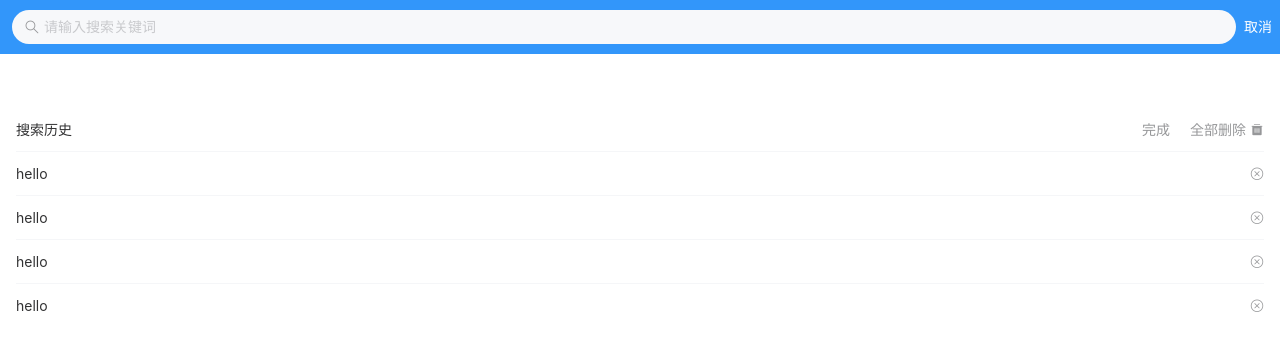
Repository: Tsukiau/yj-toutiao-m
Page: /#/search
The author's editor kept a copy of each file at every save. The page is drawn from the files as they stood at one save, then again after the next save.
The browser window is 1280 px wide. The pictures show the whole page.
The project was rebuilt for these pictures with package versions that can differ from the ones it lists, and the page was loaded fresh each time. Also part of the build but not shown: vue.config.js, src/api/search.js, src/views/search/components/search-result.vue, src/views/search/components/search-suggestion.vue.

Above is the page before, as saved 2022-11-09 20:26:43.

### public/index.html
<!DOCTYPE html>
<html lang="">
  <head>
    <meta charset="utf-8">
    <meta http-equiv="X-UA-Compatible" content="IE=edge">
    <meta name="viewport" content="width=device-width,initial-scale=1.0">
    <link rel="icon" href="<%= BASE_URL %>favicon.ico">
    <title><%= htmlWebpackPlugin.options.title %></title>
    <meta name="referrer" content="no-referrer" />
  </head>
  <body>
    <noscript>
      <strong>We're sorry but <%= htmlWebpackPlugin.options.title %> doesn't work properly without JavaScript enabled. Please enable it to continue.</strong>
    </noscript>
    <div id="app"></div>
    <!-- built files will be auto injected -->
  </body>
</html>

### src/main.js
import Vue from 'vue'
import App from './App.vue'
import router from './router'
import store from './store'

import Vant from 'vant'
import 'vant/lib/index.css'
import 'amfe-flexible'

// 导入全局的样式文件
import './css/index.css'
Vue.use(Vant)

import '@/utils/moment'

Vue.config.productionTip = false

new Vue({
  router,
  store,
  render: h => h(App)
}).$mount('#app')

### src/App.vue
<template>
  <div id="app">
    <router-view></router-view>
  </div>
</template>

<style lang="less">
</style>

### src/router/index.js
import Vue from 'vue'
import VueRouter from 'vue-router'
import store from '@/store'
Vue.use(VueRouter)

const routes = [
  {
    path: '/login',
    name: 'login',
    component: () => import('@/views/login')
  },
  {
    path: '/',
    component: () => import('@/views/layout'),
    children: [
      {
        path: '/',
        name: 'home',
        component: () => import('@/views/home')
      },
      {
        path: '/my',
        name: 'my',
        component: () => import('@/views/my')
      },
      {
        path: '/ask',
        name: 'ask',
        component: () => import('@/views/ask')
      },
      {
        path: '/video',
        name: 'video',
        component: () => import('@/views/video')
      }
    ]
  },
  {
    path: '/search',
    name: 'search',
    component: () => import('@/views/search')
  }

]

const router = new VueRouter({
  routes
})

/*前置守卫 */
/*  router.beforeEach((to, from, next) => {
   if(store.state.user.token){
      next()
   }else {
      if(to.path === '/login'){
        next()
        return
      }
      next('/login')
   }
})   */



export default router

### src/store/index.js
import Vue from 'vue'
import Vuex from 'vuex'

import user from './modules/user'
Vue.use(Vuex)

export default new Vuex.Store({
   modules: {
     user
   }

})

### src/css/index.css
@font-face {
  font-family: "iconfont";
  /* Project id 3671134 */
  src: url('//at.alicdn.com/t/c/font_3671134_2emfzv8sq1v.woff2?t=1664107686856') format('woff2'), url('//at.alicdn.com/t/c/font_3671134_2emfzv8sq1v.woff?t=1664107686856') format('woff'), url('//at.alicdn.com/t/c/font_3671134_2emfzv8sq1v.ttf?t=1664107686856') format('truetype');
}
.iconfont {
  font-family: "iconfont" !important;
  font-size: 16px;
  font-style: normal;
  -webkit-font-smoothing: antialiased;
  -moz-osx-font-smoothing: grayscale;
}
.icon-fenxiang:before {
  content: "\e60a";
}
.icon-zuopin:before {
  content: "\e60b";
}
.icon-pinglun1:before {
  content: "\e60c";
}
.icon-guanbi:before {
  content: "\e60d";
}
.icon-gengduo:before {
  content: "\e60e";
}
.icon-shanchu:before {
  content: "\e60f";
}
.icon-shouye1:before {
  content: "\e610";
}
.icon-shoucang:before {
  content: "\e611";
}
.icon-shouji1:before {
  content: "\e612";
}
.icon-zuojiantou:before {
  content: "\e613";
}
.icon-sousuo:before {
  content: "\e614";
}
.icon-dianzan:before {
  content: "\e615";
}
.icon-wenda:before {
  content: "\e616";
}
.icon-wuwangluo1:before {
  content: "\e617";
}
.icon-fenxiang1:before {
  content: "\e618";
}
.icon-dianzan2:before {
  content: "\e619";
}
.icon-shipin:before {
  content: "\e61a";
}
.icon-yanzhengma:before {
  content: "\e61b";
}
.icon-lishi1:before {
  content: "\e61c";
}
.icon-wode:before {
  content: "\e61d";
}
.icon-youjiantou:before {
  content: "\e61e";
}
.icon-zuopin1:before {
  content: "\e61f";
}
.icon-yuedu:before {
  content: "\e620";
}
.icon-pinglun:before {
  content: "\e601";
}
.icon-lishi:before {
  content: "\e602";
}
.icon-shouye:before {
  content: "\e603";
}
.icon-shouji:before {
  content: "\e604";
}
.icon-wuwangluo:before {
  content: "\e605";
}
.van-nav-bar {
  background-color: #3296fa;
}
.van-nav-bar /deep/ .van-nav-bar__title {
  color: #fff;
}

### src/utils/moment.js
import moment from 'moment'
import Vue from 'vue'
import 'moment/locale/zh-cn';
moment.locale('zh-cn');
Vue.filter('relativeTime',value => {
    return moment(value, "YYYYMMDD").fromNow();
})

### src/views/search/index.vue
<template>
  <div class="search">
    <!-- Search 组件提供了 search 和 cancel 事件，
        search 事件在点击键盘上的搜索/回车按钮后触发，
        cancel 事件在点击搜索框右侧取消按钮时触发。 -->
    <form action="/">
      <van-search
      v-model="search_text"
      show-action
      shape="round"
      background="#3296fa"
      placeholder="请输入搜索关键词"
        @search="onSearch"
        @cancel="onCancel"
        @focus="isResultShow = false"/>
    </form>

    <!-- 搜索结果 -->
    <search-result v-if="isResultShow"
    :searchText="search_text"
    />

     <!--  联想建议  -->
     <search-suggestion v-else-if="search_text"
     :search_text="search_text"
     @search="onSearch"
     />

     <!-- 搜索历史 -->
     <search-history v-else :searchHistories="searchHistories" />


  </div>
</template>

<script>
import searchHistory from './components/search-history.vue';
import SearchResult from './components/search-result.vue';
import SearchSuggestion from './components/search-suggestion.vue';
export default {
  components: { searchHistory, SearchResult, SearchSuggestion },
  name: 'search',
  data() {
    return {
      search_text: '', // 搜索框的内容
      isResultShow: false,
      searchHistories: [] // 搜索历史记录

    };
  },
  methods: {
    // 点击键盘上的搜索/回车按钮后触发
    onSearch(v) {
      this.search_text = v
      // 存储搜索历史记录
      const index = this.searchHistories.indexOf(v)
     if(index !== -1){
      this.searchHistories.splice(index,1)
     }
      this.searchHistories.unshift(v)
      console.log(this.searchHistories)
      this.isResultShow =true

    },
    // 点击搜索框右侧取消按钮时触发
    onCancel() {
      console.log('取消');
    }
  }

}
</script>
<style  scoped lang="less">
.search{
   padding-top:108px ;
}
  .van-search{
     position: fixed;
     top: 0;
     left: 0;
     right: 0;
     z-index: 99;
     .van-search__action{
       color: #fff;
       background-color: #3296fa;
     }

   }
</style>

### src/store/modules/user.js
import { getToken, setToken,setRefresh_token,getRefresh_token } from '@/utils/Cookies'
import {login } from '@/api/user'

const state = {
  token: getToken(),
  refresh_token: getRefresh_token(),
  CHANNELS: JSON.parse(localStorage.getItem('CHANNELS'))
}
const mutations = {
  setToken(state, token) {
    state.token = token
    setToken(token)
  },

  setRefresh_token(state, refresh_token) {
    state.refresh_token = refresh_token
    setRefresh_token(refresh_token)
  },

  setCHANNELS(state, data){
     state.CHANNELS = data
     localStorage.setItem('CHANNELS', JSON.stringify(data))
  }
}
const actions = {
   async getLogin(context, data) {
    const {refresh_token,token} = await login(data)
    context.commit('setToken',token)
    context.commit('setRefresh_token',refresh_token)


  }
}
export default {
  namespaced: true,
  state,
  mutations,
  actions

}

### src/api/user.js
import request from '@/utils/request'

// 发送短信验证码
export function getSms (mobile) {
  return request({
    method: 'GET',
    url: `/v1_0/sms/codes/${mobile}`
  })
}

/**
 * 用户登录
 */
export function login(data) {
  return request({
    method: 'POST',
    url: '/v1_0/authorizations',
    data
  })
}

/*
 获取用户自己的信息
*/
export function getUserInfo(){
  return request({
    method: 'GET',
    url: '/v1_0/user',
  })
}

/**
 * 获取用户自己的信息
 */
 export const getUserChannels = () => {
  return request({
    method: 'GET',
    url: '/v1_0/user/channels'
  })
}

### src/views/search/components/search-history.vue
<template>
  <div class="search-history">
    <van-cell title="搜索历史" class="cell_head">
      <span>完成</span>
      <span>全部删除 </span>
      <van-icon name="delete" />
    </van-cell>
    <van-cell title="hello">
      <van-icon name="close" />
    </van-cell>
    <van-cell title="hello">
      <van-icon name="close" />
    </van-cell>
    <van-cell title="hello">
      <van-icon name="close" />
    </van-cell>
    <van-cell title="hello">
      <van-icon name="close" />
    </van-cell>
  </div>
</template>

<script>
export default {
  name: 'SearchHistory',
  props: {
    searchHistories: {
       type: Array,
       required:true
    }
  },
  data () {
    return {

    }
  },
  methods: {

  }
}
</script>

<style scoped lang="less">
.cell_head{
   span:nth-child(2) {
     margin-left: 20px;
   }
}</style>

### src/utils/Cookies.js
import Cookies from 'js-cookie'

const Token = 'Token'
const RefreshToken = 'RefreshToken'

export function getToken(){
   return Cookies.get(Token)
}

export function setToken(token){
    return Cookies.set(Token, token)
}

export function removeToken(){
    return Cookies.remove(Token)
}
//
export function getRefresh_token(){
    return Cookies.get(RefreshToken)
 }

 export function setRefresh_token(Refresh){
     return Cookies.set(RefreshToken, Refresh)
 }

### src/utils/request.js
import axios from 'axios'
import store from '@/store'
import router from '@/router'
const request = axios.create({
  //baseURL: 'http://toutiao.itheima.net/',
  baseURL: 'http://geek.itheima.net/',
    //timeout: 5000
})


 // 请求拦截器
request.interceptors.request.use(config => {
    if(store.state.user.token){
       config.headers.Authorization = `Bearer ${store.state.user.token}`
    }
    return config
},error => {
  return Promise.reject(error)
})


// 响应拦截器
request.interceptors.response.use(response => {
  const { message, data } = response.data
  if(message !== 'OK') return Promise.reject(new Error(message))
  return data
},async error => {
  if(error.response.status === 401){
       // token过期了
     if(store.state.user){
      const res =  await axios({
        url:'http://geek.itheima.net/v1_0/authorizations',
        method: 'PUT',
        headers: {
          Authorization: `Bearer ${store.state.user.refresh_token}`
        }
    })
    store.commit('user/setToken',res.data.data.token)
    store.commit('user/setRefresh_token',store.state.user.refresh_token)
    return request(error.config)
  }else {
     // 没有token，就直接跳转登录页面
     router.push('/login')
  }
  }else {
    return Promise.reject(error)
  }
})

export default request

After the next save:
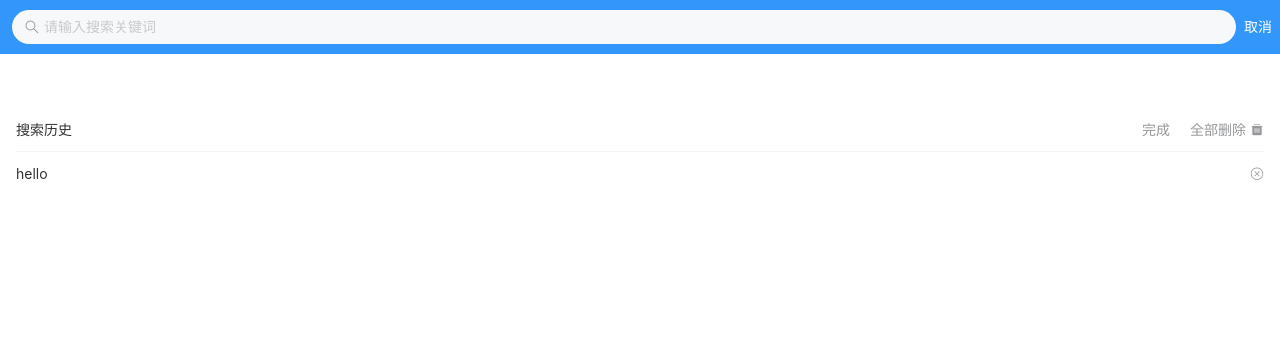
Saved 14 s later.
--- a/src/views/search/components/search-history.vue
+++ b/src/views/search/components/search-history.vue
@@ -8,15 +8,7 @@
     <van-cell title="hello">
       <van-icon name="close" />
     </van-cell>
-    <van-cell title="hello">
-      <van-icon name="close" />
-    </van-cell>
-    <van-cell title="hello">
-      <van-icon name="close" />
-    </van-cell>
-    <van-cell title="hello">
-      <van-icon name="close" />
-    </van-cell>
+
   </div>
 </template>
 
